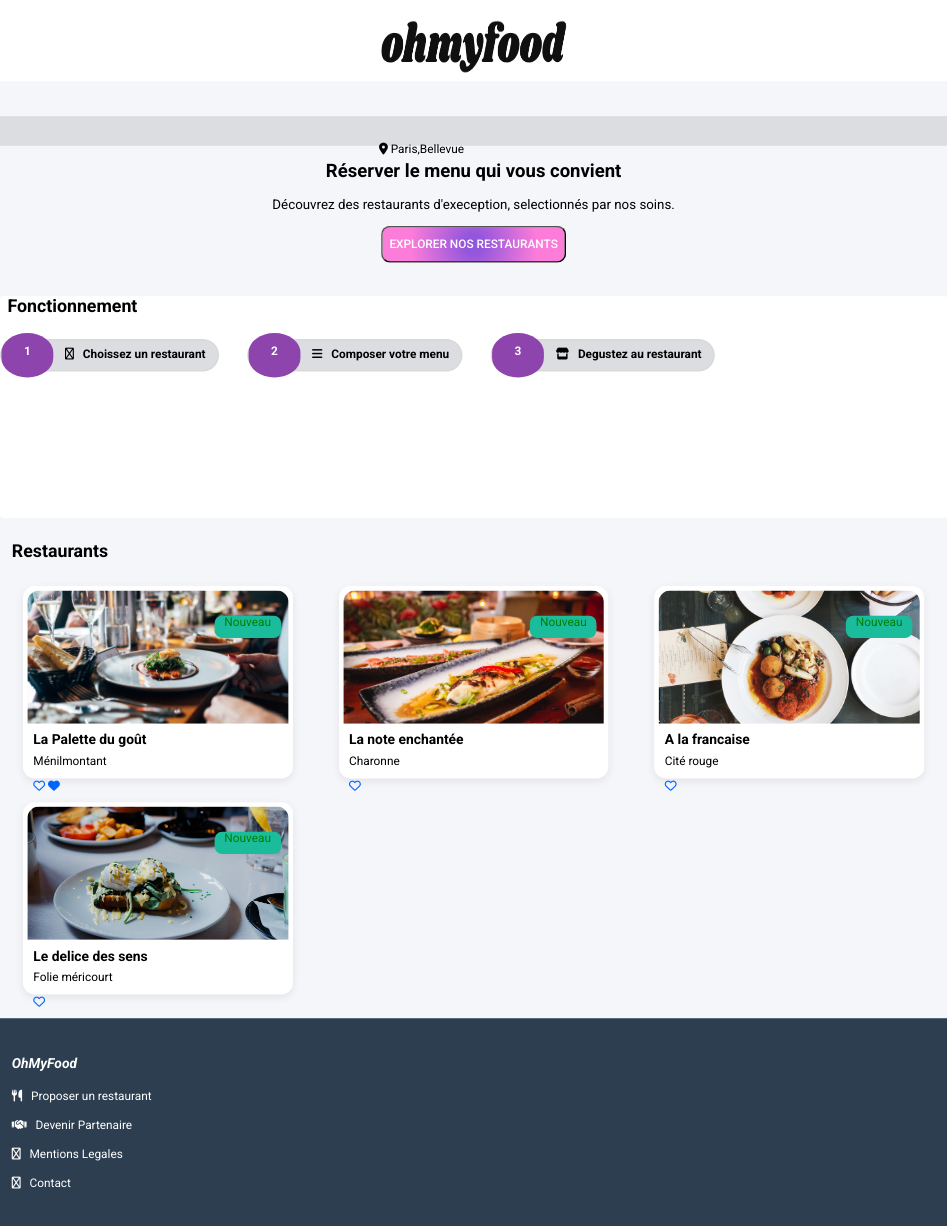
Repository: ultraasedev/ohmyfood
Page: index.html
An editor plug-in stored every save of this project. The page is shown before and after the next save, followed by the edit.
The browser window is 1280 px wide. The pictures show the whole page, at 74% of full size.
Some web fonts or font styles are not loaded; a fallback is used. Some web libraries are served in a nearby version.

Above is the page before, as saved 2022-10-27 21:22:13.

### index.html
<!doctype html>
<html lang="fr">
    <head>
        <meta charset="UTF-8">
        <meta name="viewport" content="width=device-width,minimum-scale=1,initial-scale=1,maximum-scale=2">

      <title>Ohmyfood!  - Home</title>
       <meta name="description" content="Ohmyfood! est une entreprise de commande de repas en ligne. Notre concept permet aux
       utilisateurs de composer leur propre menu et réduire leur temps d’attente dans les
       restaurants car leur menu est préparé à l’avance. Plus de perte de temps à consulter la carte"/>
       <meta property="og:site_name" content="Ohmyfood!  - est une entreprise de commande de repas en ligne. Notre concept permet aux
       utilisateurs de composer leur propre menu et réduire leur temps d’attente dans les
       restaurants car leur menu est préparé à l’avance. Plus de perte de temps à consulter la carte" />
       <meta property="og:description" content="est une entreprise de commande de repas en ligne. Notre concept permet aux
       utilisateurs de composer leur propre menu et réduire leur temps d’attente dans les
       restaurants car leur menu est préparé à l’avance. Plus de perte de temps à consulter la carte" />




       <link type="text/css" rel="stylesheet" href="css/normalize.css"/>
       <link type="text/css" rel="stylesheet" href="css/all.min.css"/>
       <link type="text/css" rel="stylesheet" href="css/fontawesome.min.css"/>
       <link rel="preconnect" href="https://fonts.googleapis.com">
        <link rel="preconnect" href="https://fonts.gstatic.com" crossorigin>
       <link href="https://fonts.googleapis.com/css2?family=Roboto:ital,wght@0,100;0,300;0,400;0,500;0,700;0,900;1,100;1,300;1,400;1,500;1,700;1,900&family=Shrikhand&display=swap" rel="stylesheet">
       <script   src="https://kit.fontawesome.com/f132f25ed3.js" crossorigin="anonymous"></script>

       <link type="text/css" rel="stylesheet" href="css/style.css" />



       </head>

       <body>
<!--Nav + Logo-->
   <div class="nav">
    <div class="logo">
      <img src="images/logo/ohmyfood.png" alt="Ohmyfood !" class="logo"/>
    </div>
   </div>


<!--Header-->
<header>
  <!--Location-->
 <div class="location">
  <div class="villeloca"><p><i class="fa-sharp fa-solid fa-location-dot"></i> Paris,Bellevue</p></div>
</div>

  <div class="head-cont">
    <h2>Réserver le menu qui vous convient</h2>
    <p>Découvrez des restaurants d'exeception, selectionnés par nos soins.</p>

    <button class="btn-nav">
      Explorer nos restaurants
    </button>
  </div>
</header>

<!--Fonctionnement-->
<section class="cont-fonc">

  <h2>Fonctionnement</h2>

  <div class="ctn-filtres">

    <div class="filtres">
      <div class="circle-inf"><p>1</p></div>
      <p><i class="fa-regular fa-phone"></i>&nbsp;&nbsp;&nbsp;Choissez un restaurant</p>
    </div>

    <div class="filtres">
      <div class="circle-inf"><p>2</p></div>
      <p><i class="fa-solid fa-bars"></i>&nbsp;&nbsp;&nbsp;Composer votre menu</p>
    </div>

    <div class="filtres">
      <div class="circle-inf"><p>3</p></div>
      <p><i class="fa-solid fa-store"></i>&nbsp;&nbsp;&nbsp;Degustez au restaurant</p>
    </div>


  </div>

</section>
<!--Fonctionnement-->

<!--Restau 1-->
<section class="cont-art">
  <h2>Restaurants</h2>

  <!-- Card 1 -->
              <article class="resto-card">
                <a href="#">
                  <img
                    src="./images/restaurants/jay-wennington-N_Y88TWmGwA-unsplash.jpg"
                    alt="Photo de l'hébergement"
                  />
                  <div class="new">Nouveau</div>
                  <h3>La Palette du goût</h3>
                  <p>Ménilmontant</p>
                  <div class="stars">
                    <i class="fa-regular fa-heart"></i>
                    <i class="fa-solid fa-heart active"></i>
                  </div>
                </a>
              </article>


               <!-- Card 2 -->
               <article class="resto-card">
                <a href="#">
                  <img
                    src="./images/restaurants/louis-hansel-shotsoflouis-qNBGVyOCY8Q-unsplash.jpg"
                    alt="Photo de l'hébergement"
                  />
                  <div class="new">Nouveau</div>
                  <h3>La note enchantée</h3>
                  <p>Charonne</p>
                  <div class="stars">
                    <i class="fa-regular fa-heart"></i>

                  </div>
                </a>
              </article>

               <!-- Card 3 -->
               <article class="resto-card">
                <a href="#">
                  <img
                    src="./images/restaurants/stil-u2Lp8tXIcjw-unsplash.jpg"
                    alt="Photo de l'hébergement"
                  />
                  <div class="new">Nouveau</div>
                  <h3>A la francaise</h3>
                  <p>Cité rouge</p>
                  <div class="stars">
                    <i class="fa-regular fa-heart"></i>
                  </div>
                </a>
              </article>

               <!-- Card 4 -->
               <article class="resto-card">
                <a href="#">
                  <img
                    src="./images/restaurants/toa-heftiba-DQKerTsQwi0-unsplash.jpg"
                    alt="Photo de l'hébergement"
                  />
                  <div class="new">Nouveau</div>
                  <h3>Le delice des sens</h3>
                  <p>Folie méricourt</p>
                  <div class="stars">
                    <i class="fa-regular fa-heart"></i>
                  </div>
                </a>
              </article>




</section>

<!--FOOTER-->
<footer>
  <div class="container-footer">
    <div class="card-footer">
      <h3 style="font-family: 'Roboto';font-weight: 700;font-style: italic;">OhMyFood</h3>
      <!--<img src="images/logo/ohmyfood.png" alt="Ohmyfood !" height="20px" width="80px" style="margin-bottom: 10px;"/>-->
      <a href="#"><i class="fa-solid fa-utensils"></i>&nbsp;&nbsp;&nbsp;Proposer un restaurant</a>
      <a href="#"><i class="fa-solid fa-handshake"></i>&nbsp;&nbsp;&nbsp;Devenir Partenaire</a>
      <a href="#"><i class="fa-regular fa-circle-info"></i>&nbsp;&nbsp;&nbsp;Mentions Legales</a>
      <a href="#"><i class="fa-regular fa-phone"></i>&nbsp;&nbsp;&nbsp;Contact</a>

    </div>

</footer>

### css/style.css
*{
    box-sizing: border-box;
    font-family: var(--fontall);
    max-width: 1380px;

}
:root{

  /*Font*/
  --fontall: 'Roboto', sans-serif;
  --fontlg: 'Shrikhand' , cursive;

  /*color*/
  --primary: #9356DC;
  --secon: #FF79DA;
  --tert: #99E2D0;

  --greybg: #f5f6fa;

}


body{
    background-color:  var(--greybg);
    font-family: var(--fontall);
}

/* Nav*/
.nav{
  display: flex;
  height: 130px;
  width: 100%;
  background-color: #fff;
  align-items: center;
  align-content: center;
  text-align: center;
  margin-bottom: 10px;
}
/*Logo*/
.logo{
  position: relative;
  align-items: center;
  align-content: center;
  text-align: center;
  margin-right: auto;
  margin-left: auto;
}
.logo img{
  height: 70px;
  width: 250px;
}
/*Header*/
header{
  position: absolute;
  height: 300px;
  width: 100%;
  background-color: #f5f6fa;
  align-items: center;
  align-content: center;
  text-align: center;
  margin-top: -30px;
}
/*Location*/
.location{
  position: flex;
  background-color: #dcdde1;
  height: 40px;
  margin-top: -8px;
  align-items: center;
  align-content: center;
  text-align: center;
}
.location .villeloca{
  position: absolute;
  align-items: center;
  align-content: center;
  text-align: center;
  left: 40%;
}

/*Head-Cont*/

.head-cont h2{
  font-size: 25px;
  font-weight: bold;

}
.head-cont p{
  font-size: 18px;
  font-weight: 400;

}
/*Btn-nav*/
.btn-nav{
  align-items: center;
  align-content: center;
  text-transform: uppercase;
  transition: 0.5s;
  background: rgb(147,86,220);
  background: radial-gradient(circle, rgba(147,86,220,1) 10%, rgba(252,124,218,1) 69%);
  z-index: -1;
  transition: transform 400ms ease-in;
  color: #fff;
  width: 250px;
  height: 50px;
  overflow: hidden;
  text-decoration: none;
  border-radius: 12px;
 font-weight: 500;

}
/*Fonctionnement*/
.cont-fonc{
  position: relative;
  background-color: #fff;
  height: 300px;
  margin-top: 270px;
  border-radius: 5px;
}

.cont-fonc h2 {
 margin-left: 10px;
 margin-top: 20px;
 margin-bottom: 30px;
}
.cont-fonc .ctn-filtres {
  display: flex;
  align-items: center;
  gap: 38px;
  flex-wrap: wrap;
  margin-bottom: 35px;
}
.cont-fonc .circle-inf{
  background-color: #8e44ad;
  width: 70px;
  height: 60px;
  border-radius: 80px / 60px;
  text-align: center;
  color: #fff;
  font-weight: bold;
}
.cont-fonc .circle-inf p{
  text-align: center;
  justify-items: center;
  justify-content: center;
}
.cont-fonc .ctn-filtres .filtres{
  display: flex;
  align-items: center;
  gap: 16px;
  border: 2px solid #d9d9d9;
  border-radius: 32px;
  padding: 0 16px 0 0;
  height: 44px;
  transition: 0.2s;
  cursor: pointer;
  font-weight: bold;
  background-color: #dcdde1;
}
/* Content Article */
.cont-art{
  background-color: #f5f6fa;
  padding: 32px 16px;
  border-radius: 16px;
  display: grid;
  grid-template-columns: repeat(3, 1fr);
  gap: 32px;
  left: 10px;
}
.cont-art h2 {
  grid-column: 1/-1;
  margin: 0;
}
.cont-art .resto-card{
  background: white;
  padding: 6px;
  border-radius: 16px;
  margin: auto;
  box-shadow: rgba(0, 0, 0, 0.08) 0px 4px 12px;
  transition: 0.2s;
  width: calc(100% - 30px);
}
.cont-art .resto-card .new{
  position: relative;
  background-color: #1abc9c;
  color: green;
  height: 30px;
  width: 90px;
  text-align: center;
  justify-content: center;
  align-items: center;
  border-radius: 10px;
  float: right;
  top: -150px;
  margin-right: 10px;
  font-weight: 400;
}
.cont-art .resto-card img {
  height: 180px;
  object-fit: cover;
  width: 100%;
  border-top-right-radius: 16px;
  border-top-left-radius:16px;
}
.cont-art .resto-card a {
  text-decoration: none;
  color: inherit;
}

.cont-art .resto-card h3 {
  margin: 8px 8px 8px;
}

.cont-art .resto-card p {
  margin: 8px 8px 8px;
}

.cont-art .resto-card .stars {
  position: absolute;
  margin: 8px 8px 8px;
  color: #0065fc;
  float: right;
}
/*.cont-art .resto-card .stars .active{
  margin: 8px 8px 8px;
  display: none;
}*/
.cont-art .resto-card .stars .active:hover{
  display: none;
  position: absolute;
  color: #9356DC;
  margin-top: -16px;

}

/*FOOTER*/
footer {
  background-color: #2c3e50;
  padding: 32px 16px;
  color: #fff;
}
.container-footer {
  display: flex;
  max-width: 1330px;
  margin: auto;
  font-family: "Raleway", sans-serif;
  gap: 16px;
}
.card-footer {
  display: flex;
  flex-direction: column;
  min-width: 30%;
}

.card-footer a {
  margin-top: 5px;
  margin-bottom: 16px;
  text-decoration: none;
  color: inherit;
}

.card-footer a:hover {
  text-decoration: underline !important;
}

Loaded but not shown: css/normalize.css (library); css/all.min.css (library); css/fontawesome.min.css (library)

After the next save:
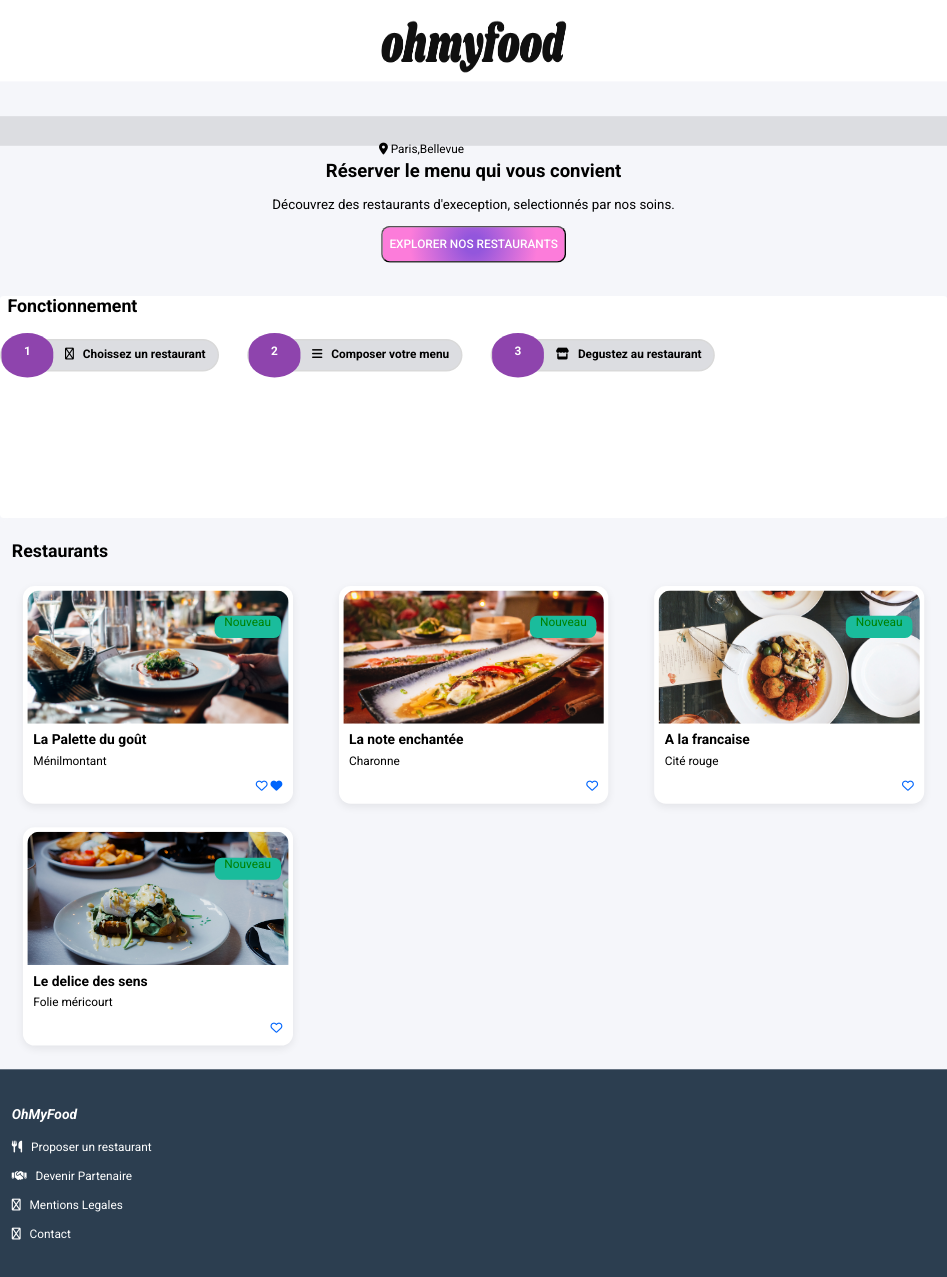
Saved 27 s later.
--- a/css/style.css
+++ b/css/style.css
@@ -216,15 +216,12 @@
 }
 
 .cont-art .resto-card .stars {
-  position: absolute;
+  position: ;
   margin: 8px 8px 8px;
   color: #0065fc;
   float: right;
 }
-/*.cont-art .resto-card .stars .active{
-  margin: 8px 8px 8px;
-  display: none;
-}*/
+
 .cont-art .resto-card .stars .active:hover{
   display: none;
   position: absolute;

After the 2 saves that followed:
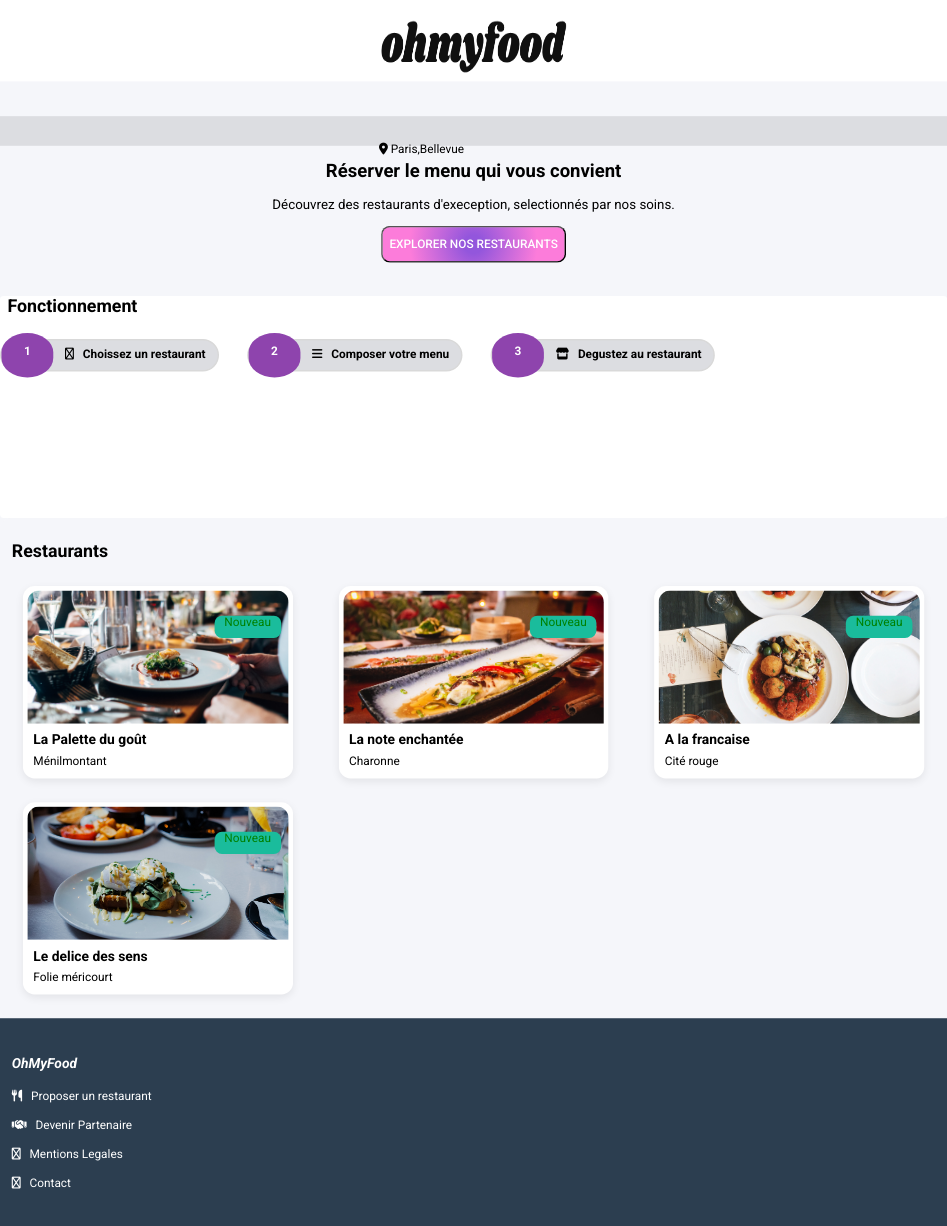
The 2 saves are shown as one change because 1 left the picture as it was.
The last was saved 83 s later.
--- a/css/style.css
+++ b/css/style.css
@@ -220,10 +220,11 @@
   margin: 8px 8px 8px;
   color: #0065fc;
   float: right;
+  display: none;
 }
 
 .cont-art .resto-card .stars .active:hover{
-  display: none;
+  display: block;
   position: absolute;
   color: #9356DC;
   margin-top: -16px;
